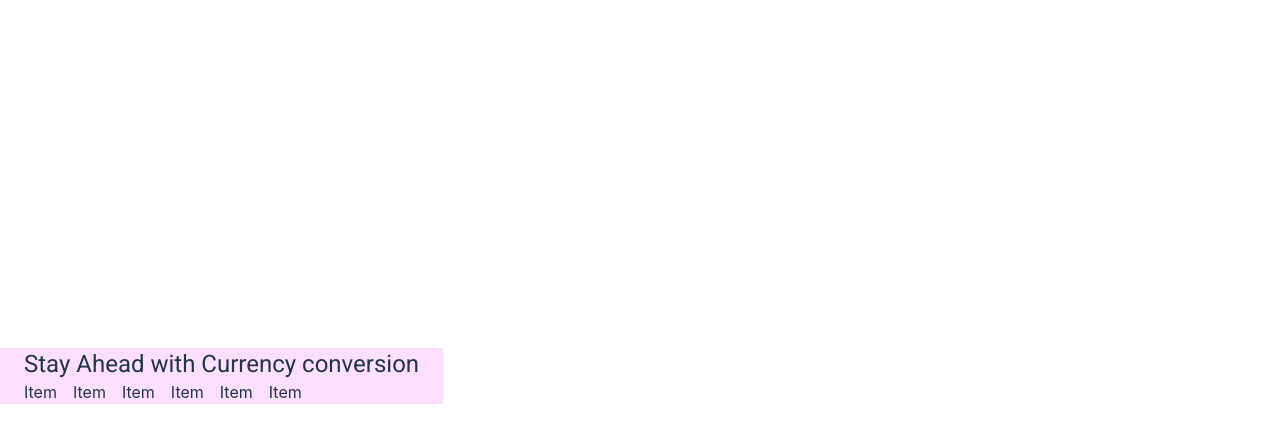
Repository: Asad-devv/CURRENCY
Page: /
The author's editor kept a copy of each file at every save. The page is drawn from the files as they stood at one save, then again after the next save.
The browser window is 1280 px wide. The pictures show the whole page.
The project was rebuilt for these pictures with package versions that can differ from the ones it lists, and the page was loaded fresh each time. Also part of the build but not shown: craco.config.js.

Above is the page before, as saved 2023-03-01 21:41:24.

After the next save:
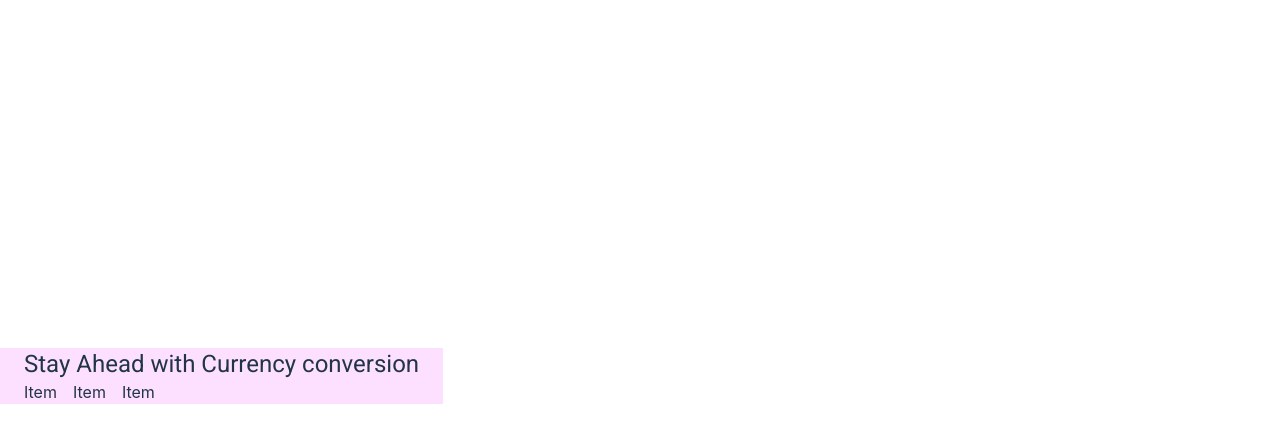
Saved 8 s later.
--- a/src/App.jsx
+++ b/src/App.jsx
@@ -17,15 +17,6 @@ function App() {
         <SelectCountry/>
         <SwitchCurrency/>
 
-        <Grid item>
-          Item
-        </Grid>
-        <Grid item>
-          Item
-        </Grid>
-        <Grid item>
-          Item
-        </Grid>
       </Grid>
     </Container>
   );
